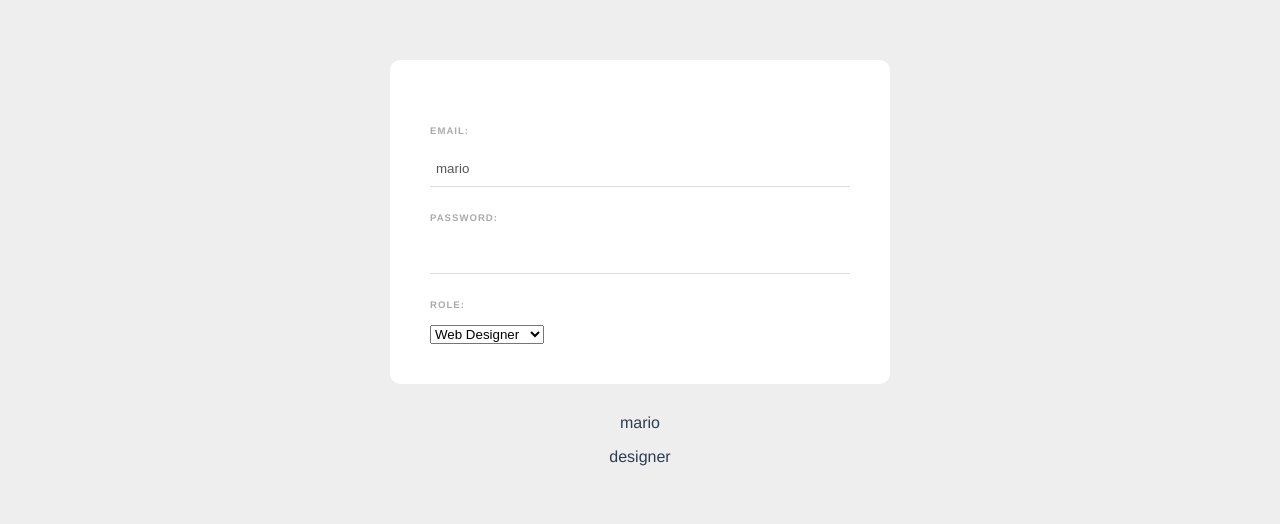
Repository: pin-seavmuy/Vue-Js
Page: /
These files come from the project's save history. The page is drawn as it stood at one moment and after the next save; the edit follows.
The browser window is 1280 px wide. The pictures show the whole page.
The project was rebuilt for these pictures with package versions that can differ from the ones it lists, and the page was loaded fresh each time. Also part of the build but not shown: vue.config.js.

Above is the page before, as saved 2023-11-15 23:46:21.

After the next save:
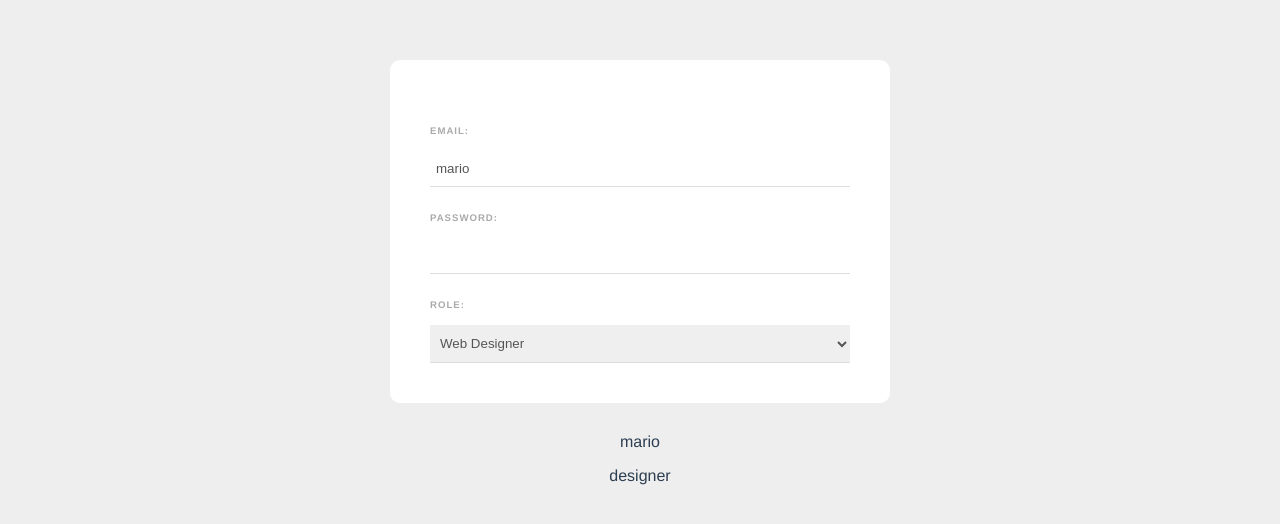
Saved 65 s later.
--- a/src/components/SignupForm.vue
+++ b/src/components/SignupForm.vue
@@ -49,7 +49,7 @@ export default {
         letter-spacing: 1px;
         font-weight: bold;
     }
-    input{
+    input, select{
         display: block;
         padding: 10px 6px;
         width: 100%;
